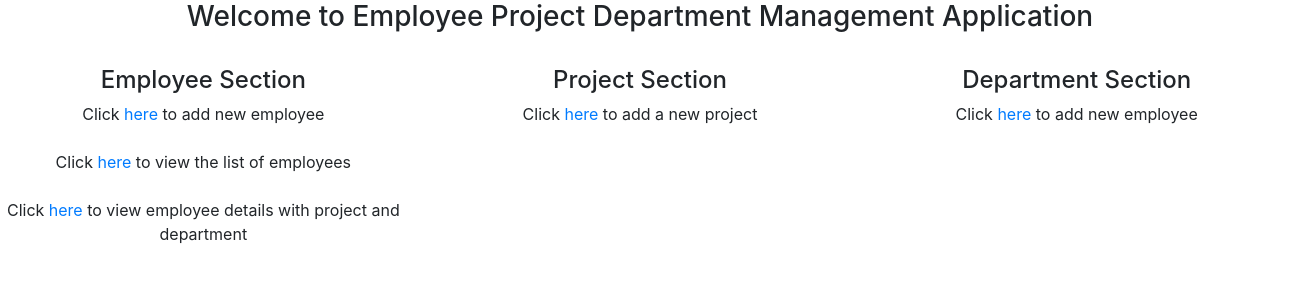
Repository: ArmanAli-cmd/EmployeeProjectDepartmentApplication
Page: http://localhost/EmployeeProjectDepartmentMVCApplication/views/index.jsp
These files come from the project's save history. The page is drawn as it stood at one moment and after the next save; the edit follows.
The browser window is 1280 px wide. The page is 1295 px wide, so the pictures cover 1295 px, including what lies to the right of the window. The pictures show the whole page.
The page is served by Tomcat 9. The template is opened directly, without the code that normally fills it, so the values that code supplies are empty.

Above is the page before, as saved 2024-01-18 04:04:42.

After the next save:
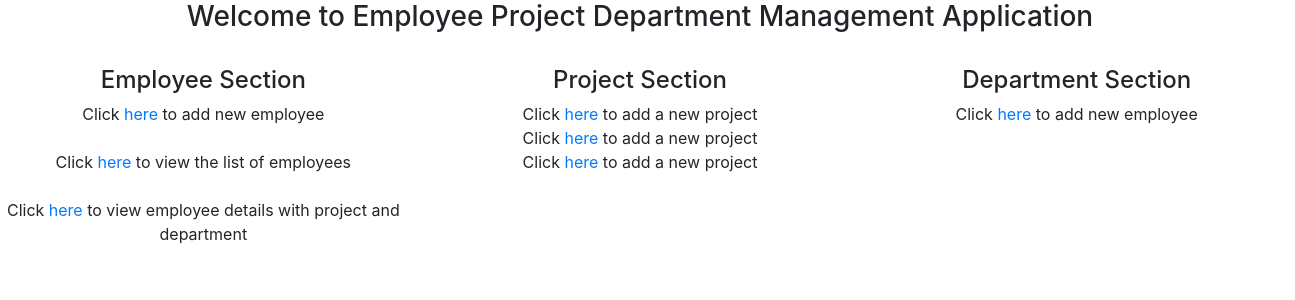
Saved 23 s later.
--- a/EmployeeProjectDepartmentMVCApplication/src/main/webapp/views/index.jsp
+++ b/EmployeeProjectDepartmentMVCApplication/src/main/webapp/views/index.jsp
@@ -49,6 +49,10 @@
 			<h4>Project Section</h4>
 			<p>
 				Click <a href="views/project-add.jsp">here</a> to add a new
+				project<br>
+				Click <a href="views/project-add.jsp">here</a> to add a new
+				project<br>
+				Click <a href="views/project-add.jsp">here</a> to add a new
 				project
 			</p>
 		</div>
